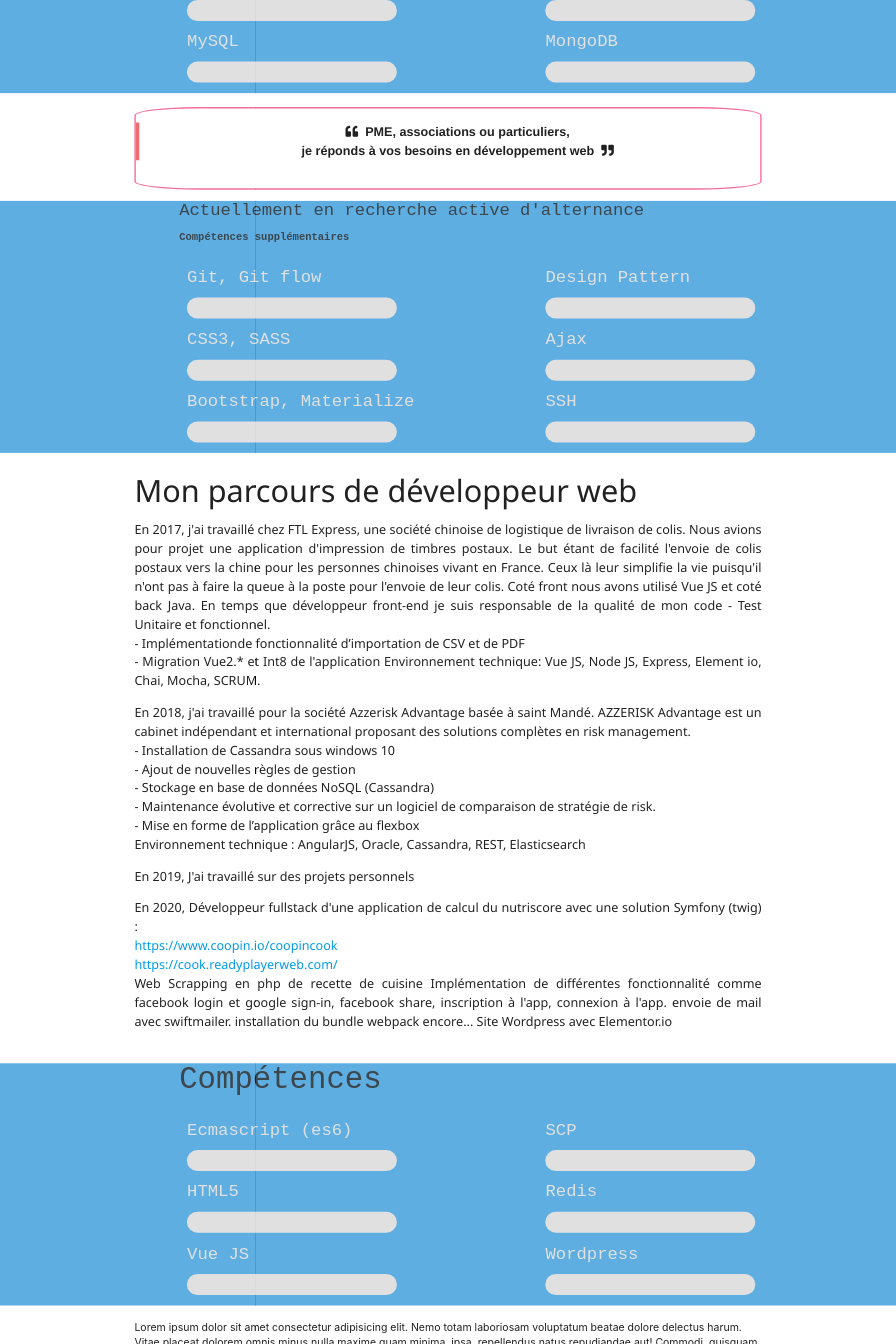
Repository: duncanidaho14/elhad
Page: index.html
The author's editor kept a copy of each file at every save. The page is drawn from the files as they stood at one save, then again after the next save.
The browser window is 1280 px wide. The pictures show the part of the page from y = 2420 to 4340 px (the page is 5865 px tall), at 70% of full size.

Above is the page before, as saved 2020-10-26 02:12:15.

After the next save:
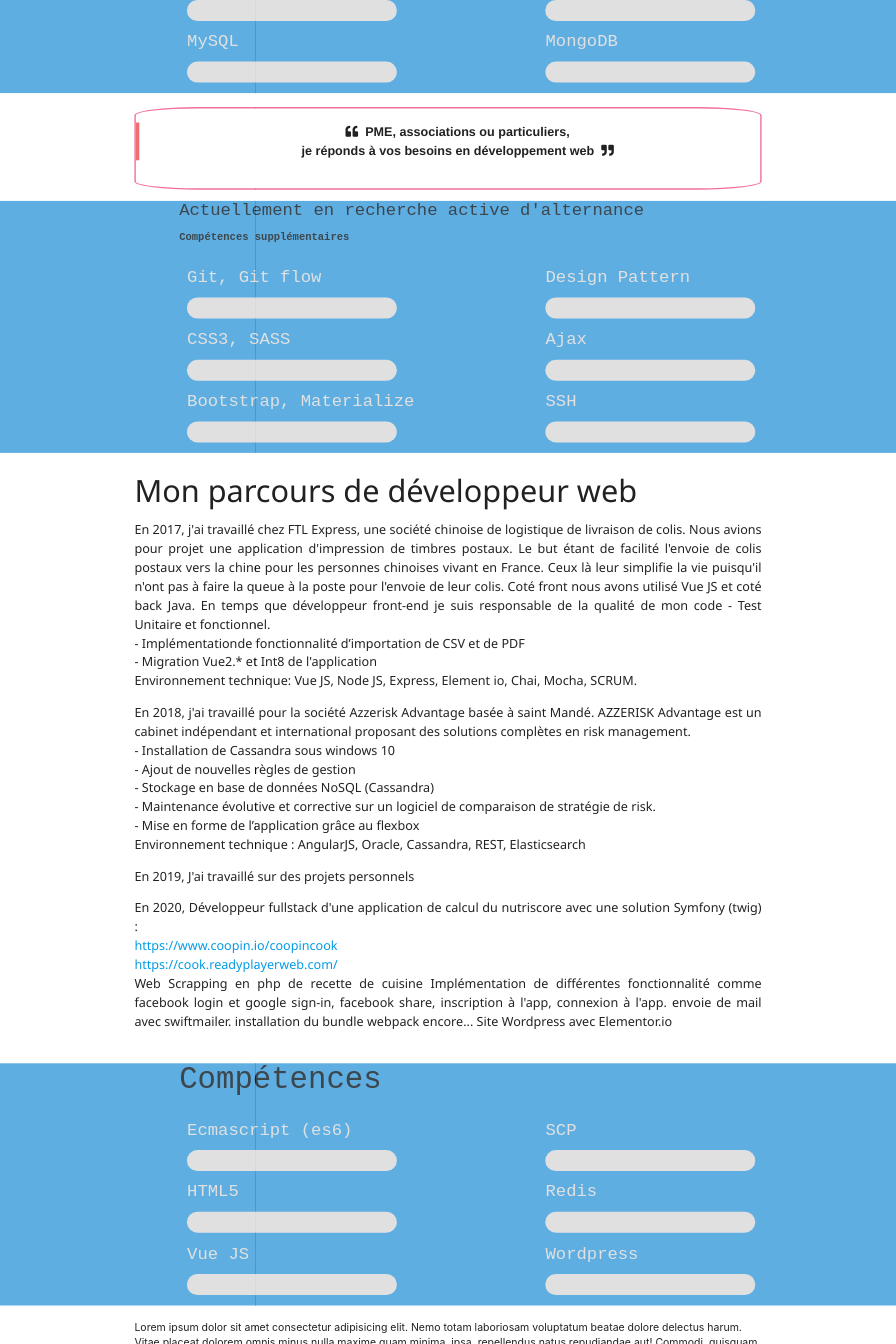
Saved 4 s later.
--- a/index.html
+++ b/index.html
@@ -215,7 +215,7 @@
                 - Test Unitaire et fonctionnel.<br>
                 - Implémentationde fonctionnalité d’importation de CSV
                 et de PDF<br>
-                - Migration Vue2.* et Int8 de l'application
+                - Migration Vue2.* et Int8 de l'application<br>
                 Environnement technique: Vue JS, Node JS, Express,
                 Element io, Chai, Mocha, SCRUM.
             </p>
